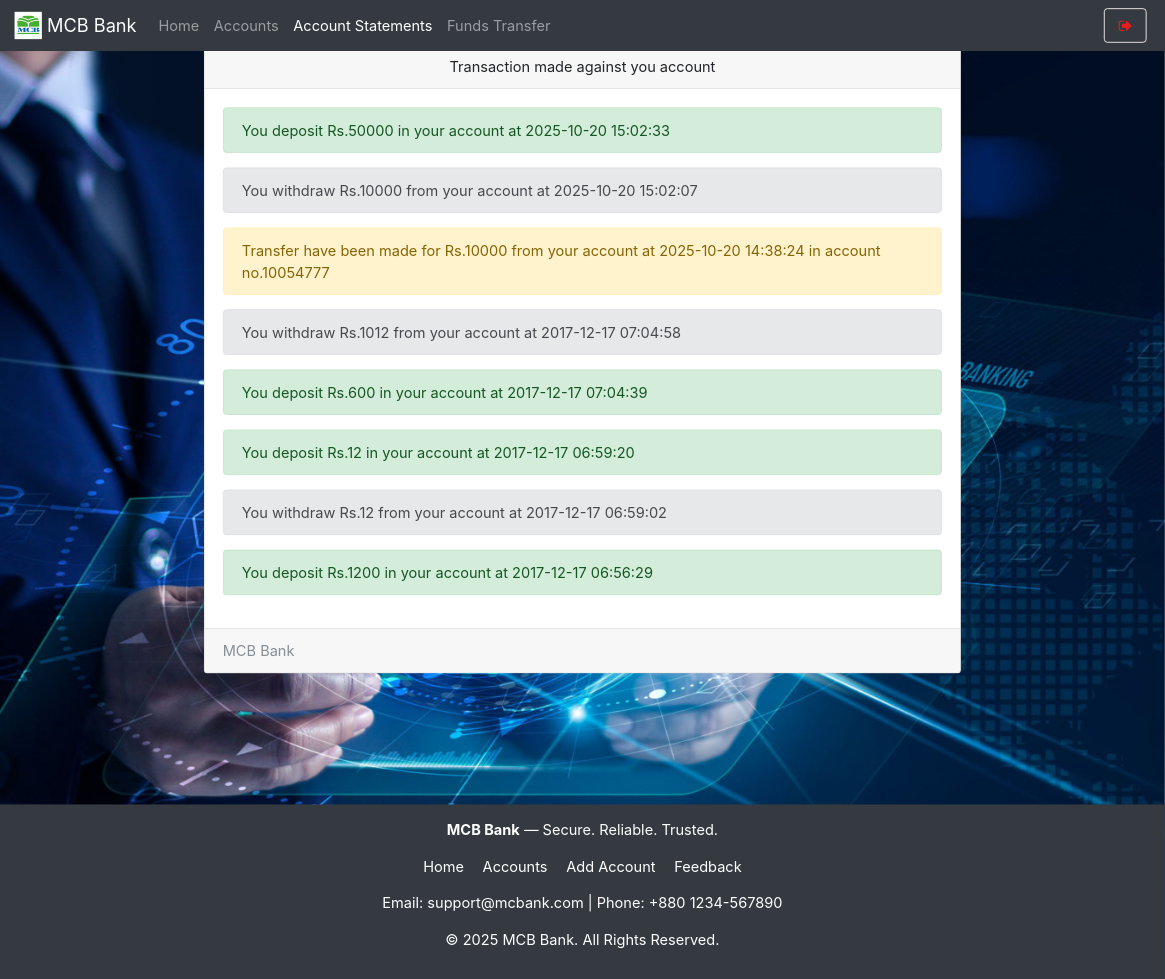
Repository: mhbshimla/my-bank
Page: http://localhost/statements.php
An editor plug-in stored every save of this project. The page is shown before and after the next save, followed by the edit.
The browser window is 1280 px wide. The pictures show the whole page, at 91% of full size.
The page is run by PHP 8.4 with error messages shown; the project is at /var/www/html/. The session is filled in as if someone had signed in: {"userId": 2, "user": {"id": 2, "email": "some2@gmail.com", "name": "Ali khan", "balance": 56000, "nid": "3210375555343", "number": "03356910260", "city": "Islamabad", "address": "Some where in isb", "source": "Programmer", "accountNo": 10054777, "branch": 1, "accountType": "Saving", "date": "2017-12-14 04:50:06"}, "cashId": 2, "managerId": 2}. Other server files are loaded and not shown. The database holds what the project's SQL file puts in it.

Above is the page before, as saved 2025-10-20 21:15:18.

### statements.php

<?php
session_start();
if(!isset($_SESSION['userId'])){ header('location:login.php');}
?>
<!DOCTYPE html>
<html>
<head>
  <title>Banking</title>
  <?php require 'assets/autoloader.php'; ?>
  <?php require 'assets/db.php'; ?>
  <?php require 'assets/function.php'; ?>
  <?php
    $error = "";
    if (isset($_POST['userLogin']))
    {
      $error = "";
        $user = $_POST['email'];
        $pass = $_POST['password'];

        $result = $con->query("select * from userAccounts where email='$user' AND password='$pass'");
        if($result->num_rows>0)
        {
          session_start();
          $data = $result->fetch_assoc();
          $_SESSION['userId']=$data['id'];
          $_SESSION['user'] = $data;
          header('location:index.php');
         }
        else
        {
          $error = "<div class='alert alert-warning text-center rounded-0'>Username or password wrong try again!</div>";
        }
    }

   ?>
</head>
<!-- <body style="background:#96D678;background-size: 100%"> -->
<body style="background: url('images/bg-login5.jpg') no-repeat center center; background-size: cover;">
<nav class="navbar navbar-expand-lg navbar-dark bg-dark fixed-top">
 <a class="navbar-brand" href="#">
    <img src="images/logo.png" width="30" height="30" class="d-inline-block align-top" alt="">
   <!--  <i class="d-inline-block  fa fa-building fa-fw"></i> --><?php echo bankName; ?>
  </a>
  <button class="navbar-toggler" type="button" data-toggle="collapse" data-target="#navbarSupportedContent" aria-controls="navbarSupportedContent" aria-expanded="false" aria-label="Toggle navigation">
    <span class="navbar-toggler-icon"></span>
  </button>

  <div class="collapse navbar-collapse" id="navbarSupportedContent">
    <ul class="navbar-nav mr-auto">
      <li class="nav-item ">
        <a class="nav-link " href="index.php">Home <span class="sr-only">(current)</span></a>
      </li>
      <li class="nav-item ">  <a class="nav-link" href="accounts.php">Accounts</a></li>
      <li class="nav-item active">  <a class="nav-link" href="statements.php">Account Statements</a></li>
      <li class="nav-item ">  <a class="nav-link" href="transfer.php">Funds Transfer</a></li>
      <!-- <li class="nav-item ">  <a class="nav-link" href="profile.php">Profile</a></li> -->


    </ul>
    <?php include 'sideButton.php'; ?>
  </div>
</nav><br><br>
<div class="container">
  <div class="card  w-75 mx-auto">
  <div class="card-header text-center">
    Transaction made against you account
  </div>
  <div class="card-body">
    <?php
      $array = $con->query("select * from transaction where userId = '$userData[id]' order by date desc");
      if ($array ->num_rows > 0)
      {
         while ($row = $array->fetch_assoc())
         {
            if ($row['action'] == 'withdraw')
            {
              echo "<div class='alert alert-secondary'>You withdraw Rs.$row[debit] from your account at $row[date]</div>";
            }
            if ($row['action'] == 'deposit')
            {
              echo "<div class='alert alert-success'>You deposit Rs.$row[credit] in your account at $row[date]</div>";
            }
            if ($row['action'] == 'deduction')
            {
              echo "<div class='alert alert-danger'>Deduction have been made for  Rs.$row[debit] from your account at $row[date] in case of $row[other]</div>";
            }
            if ($row['action'] == 'transfer')
            {
              echo "<div class='alert alert-warning'>Transfer have been made for  Rs.$row[debit] from your account at $row[date] in  account no.$row[other]</div>";
            }

         }
      }
    ?>
  </div>
  <div class="card-footer text-muted">
   <?php echo bankName ?>
  </div>
</div>
</div> <br> <br> <br> <br> <br> <br>
<footer class="bg-dark text-white text-center py-3">
  <div class="container">
    <p><strong>MCB Bank</strong> — Secure. Reliable. Trusted.</p>
    <p>
      <a href="mindex.php" class="text-white mx-2">Home</a>
      <a href="maccounts.php" class="text-white mx-2">Accounts</a>
      <a href="maddnew.php" class="text-white mx-2">Add Account</a>
      <a href="mfeedback.php" class="text-white mx-2">Feedback</a>
    </p>
    <p>Email: support@mcbank.com | Phone: +880 1234-567890</p>
    <p>&copy; <?php echo date("Y"); ?> MCB Bank. All Rights Reserved.</p>
  </div>
</footer>
</body>
</html>

### assets/autoloader.php

<link rel="stylesheet" type="text/css" href="css/bootstrap.min.css">
<link rel="stylesheet" type="text/css" href="css/custom.css">
<link rel="stylesheet" type="text/css" href="font-awesome/css/font-awesome.min.css">
<script src='js/jquery-3.2.1.min.js'></script>
<script src='js/popper.min.js'></script>
<script src='js/bootstrap.min.js'></script>

### assets/db.php
<?php
if (session_status() === PHP_SESSION_NONE) {
    session_start();
}

// ✅ Auto-switch between localhost and InfinityFree
if (in_array($_SERVER['SERVER_NAME'], ['localhost', '127.0.0.1'])) {
    // Localhost (XAMPP/WAMP)
    $con = new mysqli('localhost', 'root', '', 'mybank');
} else {
    // InfinityFree (Live Hosting)
    $con = new mysqli('sql100.infinityfree.com', 'if0_40476525', 'banK12345', 'if0_40476525_mybank');
}

// ✅ Connection check
if ($con->connect_error) {
    die("Database connection failed: " . $con->connect_error);
}

// ✅ Bank name constant
define('bankName', 'MCB Bank');

// ✅ Fetch user data safely if logged in
$userData = null;
if (isset($_SESSION['userId'])) {
    $stmt = $con->prepare("
        SELECT *
        FROM userAccounts
        JOIN branch ON userAccounts.branch = branch.branchId
        WHERE userAccounts.id = ?
    ");
    if ($stmt) {
        $stmt->bind_param("i", $_SESSION['userId']);
        $stmt->execute();
        $result   = $stmt->get_result();
        $userData = $result->fetch_assoc();
        $stmt->close();
    }
}
?>
<!-- Tooltip initialization -->
<script type="text/javascript">
$(function () {
  $('[data-toggle="tooltip"]').tooltip();
});
</script>

### assets/function.php
<?php
function setBalance($amount,$process,$accountNo)
{
	$con = new mysqli('localhost','root','','mybank');
	$array = $con->query("select * from userAccounts where accountNo='$accountNo'");
	$row = $array->fetch_assoc();
	if ($process == 'credit')
	{
		$balance = $row['balance'] + $amount;
		return $con->query("update userAccounts set balance = '$balance' where accountNo = '$accountNo'");
	}else
	{
		$balance = $row['balance'] - $amount;
		return $con->query("update userAccounts set balance = '$balance' where accountNo = '$accountNo'");
	}
}
function setOtherBalance($amount,$process,$accountNo)
{
	$con = new mysqli('localhost','root','','mybank');
	$array = $con->query("select * from otheraccounts where accountNo='$accountNo'");
	$row = $array->fetch_assoc();
	if ($process == 'credit')
	{
		$balance = $row['balance'] + $amount;
		return $con->query("update otheraccounts set balance = '$balance' where accountNo = '$accountNo'");
	}else
	{
		$balance = $row['balance'] - $amount;
		return $con->query("update otheraccounts set balance = '$balance' where accountNo = '$accountNo'");
	}
}
function makeTransaction($action,$amount,$other)
{
	$con = new mysqli('localhost','root','','mybank');
	if ($action == 'transfer')
	{
		return $con->query("insert into transaction (action,debit,other,userId) values ('transfer','$amount','$other','$_SESSION[userId]')");
	}
	if ($action == 'withdraw')
	{
		return $con->query("insert into transaction (action,debit,other,userId) values ('withdraw','$amount','$other','$_SESSION[userId]')");

	}
	if ($action == 'deposit')
	{
		return $con->query("insert into transaction (action,credit,other,userId) values ('deposit','$amount','$other','$_SESSION[userId]')");

	}
}
function makeTransactionCashier($action,$amount,$other,$userId)
{
	$con = new mysqli('localhost','root','','mybank');
	if ($action == 'transfer')
	{
		return $con->query("insert into transaction (action,debit,other,userId) values ('transfer','$amount','$other','$userId')");
	}
	if ($action == 'withdraw')
	{
		return $con->query("insert into transaction (action,debit,other,userId) values ('withdraw','$amount','$other','$userId')");

	}
	if ($action == 'deposit')
	{
		return $con->query("insert into transaction (action,credit,other,userId) values ('deposit','$amount','$other','$userId')");

	}
}
 ?>

### sideButton.php
<form class="form-inline my-2 my-lg-0">
        <!-- <a href="" class="btn btn-outline-success" data-toggle="tooltip" title="Your current Account Balance">Acount Balance : Rs.<?php echo $userData['balance']; ?></a>
        <a href="accounts.php" data-toggle="tooltip" title="Account Summary" class="btn btn-outline-primary mx-1" ><i class="fa fa-book fa-fw"></i></a>
        <a href="notice.php" data-toggle="tooltip" title="View Notice" class="btn btn-outline-primary mx-1" ><i class="fa fa-envelope fa-fw"></i></a>
        <a href="feedback.php" data-toggle="tooltip" title="Help?" class="btn btn-outline-info mx-1" ><i class="fa fa-question fa-fw"></i></a>-->
        <a href="logout.php" data-toggle="tooltip" title="Logout" class="btn btn-outline-danger mx-1" ><i class="fa fa-sign-out fa-fw"></i></a>
        <style>
.btn-outline-danger {
  color: #e91d1dff;
  border-color: #f6efefff;
  transition: all 0.3s ease;
}

.btn-outline-danger:hover {
  background-color: #e91d1dff;
  color: white;
  box-shadow: 0 0 10px rgba(96, 105, 26, 0.6);
}
</style>

</form>

### css/custom.css
.omit1{background: rgba(0,0,0,0.1);}
.omit2{background: rgba(0,0,0,0.2);}
.omit3{background: rgba(0,0,0,0.3);}
.omit4{background: rgba(0,0,0,0.4);}
.omit5{background: rgba(0,0,0,0.5);}
.omit6{background: rgba(0,0,0,0.6);}
.omit7{background: rgba(0,0,0,0.7);}
.omit8{background: rgba(0,0,0,0.8);}
.omit9{background: rgba(0,0,0,0.9);}

.shadowBlack{box-shadow: 2px 2px 11px black}
.shadowGreen{box-shadow: 2px 2px 11px green}
.shadowBlue{box-shadow: 2px 2px 11px blue}
.shadowWhite{box-shadow: 2px 2px 11px white}

### Database/mybank (1).sql (the tables this page reads)
CREATE TABLE `branch` (
  `branchId` int(11) NOT NULL,
  `branchNo` varchar(111) NOT NULL,
  `branchName` varchar(111) NOT NULL
) ENGINE=InnoDB DEFAULT CHARSET=latin1 COLLATE=latin1_swedish_ci;

INSERT INTO `branch` (`branchId`, `branchNo`, `branchName`) VALUES
(1, '100101', 'Dhaka'),
(2, '100102', 'Sylhet');

ALTER TABLE `branch`
  ADD PRIMARY KEY (`branchId`);

ALTER TABLE `branch`
  MODIFY `branchId` int(11) NOT NULL AUTO_INCREMENT, AUTO_INCREMENT=3;

CREATE TABLE `transaction` (
  `transactionId` int(11) NOT NULL,
  `action` varchar(111) NOT NULL,
  `credit` varchar(111) NOT NULL,
  `debit` varchar(111) NOT NULL,
  `balance` varchar(111) NOT NULL,
  `beneId` varchar(111) NOT NULL,
  `other` varchar(111) NOT NULL,
  `userId` int(11) NOT NULL,
  `date` timestamp NOT NULL DEFAULT current_timestamp()
) ENGINE=InnoDB DEFAULT CHARSET=latin1 COLLATE=latin1_swedish_ci;

INSERT INTO `transaction` (`transactionId`, `action`, `credit`, `debit`, `balance`, `beneId`, `other`, `userId`, `date`) VALUES
(4, 'transfer', '', '200', '', '', '12001122', 1, '2017-12-14 12:33:40'),
(5, 'transfer', '', '200', '', '', '10054777', 1, '2017-12-14 12:56:48'),
(6, 'transfer', '', '333', '', '', '10054777', 1, '2017-12-14 12:57:20'),
(7, 'transfer', '', '222', '', '', '10054777', 1, '2017-12-14 12:58:19'),
(8, 'transfer', '', '333', '', '', '10054777', 1, '2017-12-14 13:00:23'),
(16, 'withdraw', '', '100', '', '', '23423', 1, '2017-12-15 08:31:59'),
(17, 'deposit', '1200', '', '', '', '234232', 1, '2017-12-15 08:32:17'),
(18, 'transfer', '', '467', '', '', '12001122', 1, '2017-12-17 06:44:48'),
(22, 'deposit', '1200', '', '', '', '32424', 2, '2017-12-17 06:56:29'),
(23, 'withdraw', '', '12', '', '', '23423', 2, '2017-12-17 06:59:02'),
(24, 'deposit', '12', '', '', '', '21321', 2, '2017-12-17 06:59:20'),
(25, 'transfer', '', '1200', '', '', '10054777', 1, '2017-12-17 07:01:37'),
(26, 'deposit', '600', '', '', '', '342342', 2, '2017-12-17 07:04:39'),
(27, 'withdraw', '', '1012', '', '', '23423', 2, '2017-12-17 07:04:58'),
(28, 'transfer', '', '10000', '', '', '10054777', 2, '2025-10-20 14:38:24'),
(29, 'withdraw', '', '10000', '', '', '2345363856', 2, '2025-10-20 15:02:07'),
(30, 'deposit', '50000', '', '', '', '453623145', 2, '2025-10-20 15:02:33'),
(31, 'transfer', '', '10000', '', '', '1760416459', 11, '2025-10-20 15:08:32'),
(32, 'withdraw', '', '10000', '', '', '24356371', 10, '2025-10-20 15:10:56'),
(33, 'deposit', '12000000', '', '', '', '53642516', 11, '2025-10-20 15:11:46'),
(34, 'withdraw', '', '100000', '', '', '17358526', 11, '2025-10-20 15:12:34'),
(35, 'deposit', '14400000', '', '', '', '427635415', 12, '2025-10-20 15:13:54'),
(36, 'transfer', '', '100000', '', '', '1760365343', 12, '2025-10-20 15:16:46'),
(37, 'transfer', '', '1000000', '', '', '1760365343', 13, '2025-11-08 14:28:20'),
(38, 'withdraw', '', '1000000', '', '', '425423172', 13, '2025-11-08 14:33:03'),
(39, 'deposit', '500000', '', '', '', '24534325', 13, '2025-11-08 14:33:35'),
(40, 'transfer', '', '23456', '', '', '1760416459', 13, '2025-11-11 04:36:32');

ALTER TABLE `transaction`
  ADD PRIMARY KEY (`transactionId`);

ALTER TABLE `transaction`
  MODIFY `transactionId` int(11) NOT NULL AUTO_INCREMENT, AUTO_INCREMENT=41;

CREATE TABLE `useraccounts` (
  `id` int(11) NOT NULL,
  `email` text NOT NULL,
  `password` text NOT NULL,
  `name` varchar(111) NOT NULL,
  `balance` varchar(111) NOT NULL,
  `nid` varchar(111) NOT NULL,
  `number` varchar(111) NOT NULL,
  `city` varchar(111) NOT NULL,
  `address` varchar(111) NOT NULL,
  `source` varchar(111) NOT NULL,
  `accountNo` varchar(111) NOT NULL,
  `branch` varchar(111) NOT NULL,
  `accountType` varchar(111) NOT NULL,
  `date` timestamp NOT NULL DEFAULT current_timestamp()
) ENGINE=InnoDB DEFAULT CHARSET=latin1 COLLATE=latin1_swedish_ci;

INSERT INTO `useraccounts` (`id`, `email`, `password`, `name`, `balance`, `nid`, `number`, `city`, `address`, `source`, `accountNo`, `branch`, `accountType`, `date`) VALUES
(2, 'some2@gmail.com', 'some2', 'Ali khan', '56000', '3210375555343', '03356910260', 'Islamabad', 'Some where in isb', 'Programmer', '10054777', '1', 'Saving', '2017-12-14 04:50:06'),
(6, 'realx4rd@gmail.com', 'afsdfasd', 'Fayyaz Khan', '234234', '3240338834902', '03356910260', 'Taunsa', 'Dera Ghazi Khan', 'Govt. job', '1513410739', '1', 'saving', '2017-12-16 07:52:40'),
(7, 'realx4rd@gmail.com', 'safsadf', 'Fayyaz Khan', '12121', '3240338834902', '03356910260', 'Taunsa', 'Dera Ghazi Khan', 'Govt. job', '1513410837', '1', 'current', '2017-12-16 07:54:18'),
(8, 'uracc@gmail.com', 'uracc', 'uracc', '500', '1', '01890040951', 'sylhet', 'south surma,sylhet', 'business', '1755446085', '1', 'current', '2025-08-17 15:56:42'),
(10, 'sjahan@gmail.com', 'sjahan', 'shuborna', '9993565', '1', '01562536474', 'dhaka', 'north south surma', 'business', '1757345500', '2', 'saving', '2025-09-08 15:35:00'),
(11, 'ayana10@gmail.com', 'ayana10', 'Ayana Hussain', '13000000', '205364253', '01853462422', 'sylhet', 'south surma,sylhet', 'business', '1760365343', '2', 'saving', '2025-10-13 14:24:20'),
(12, 'shimla09@gmail.com', 'shimla09', 'shimla', '14390244', '4235345666', '01853524345', 'sylhet', 'south surma,sylhet', 'job', '1760416459', '1', 'current', '2025-10-14 04:36:47'),
(13, 'arib05@gmail.com', 'arib05', 'arib', '2476544', '1234414302', '01804414302', 'Sylhet', 'South Surma, Sylhet-3100', 'business', '1762611572', '2', 'saving', '2025-11-08 14:22:38');

ALTER TABLE `useraccounts`
  ADD PRIMARY KEY (`id`);

ALTER TABLE `useraccounts`
  MODIFY `id` int(11) NOT NULL AUTO_INCREMENT, AUTO_INCREMENT=14;

Loaded but not shown: css/bootstrap.min.css (library); font-awesome/css/font-awesome.min.css (library); js/jquery-3.2.1.min.js (library); js/popper.min.js (library); js/bootstrap.min.js (library)

After the next save:
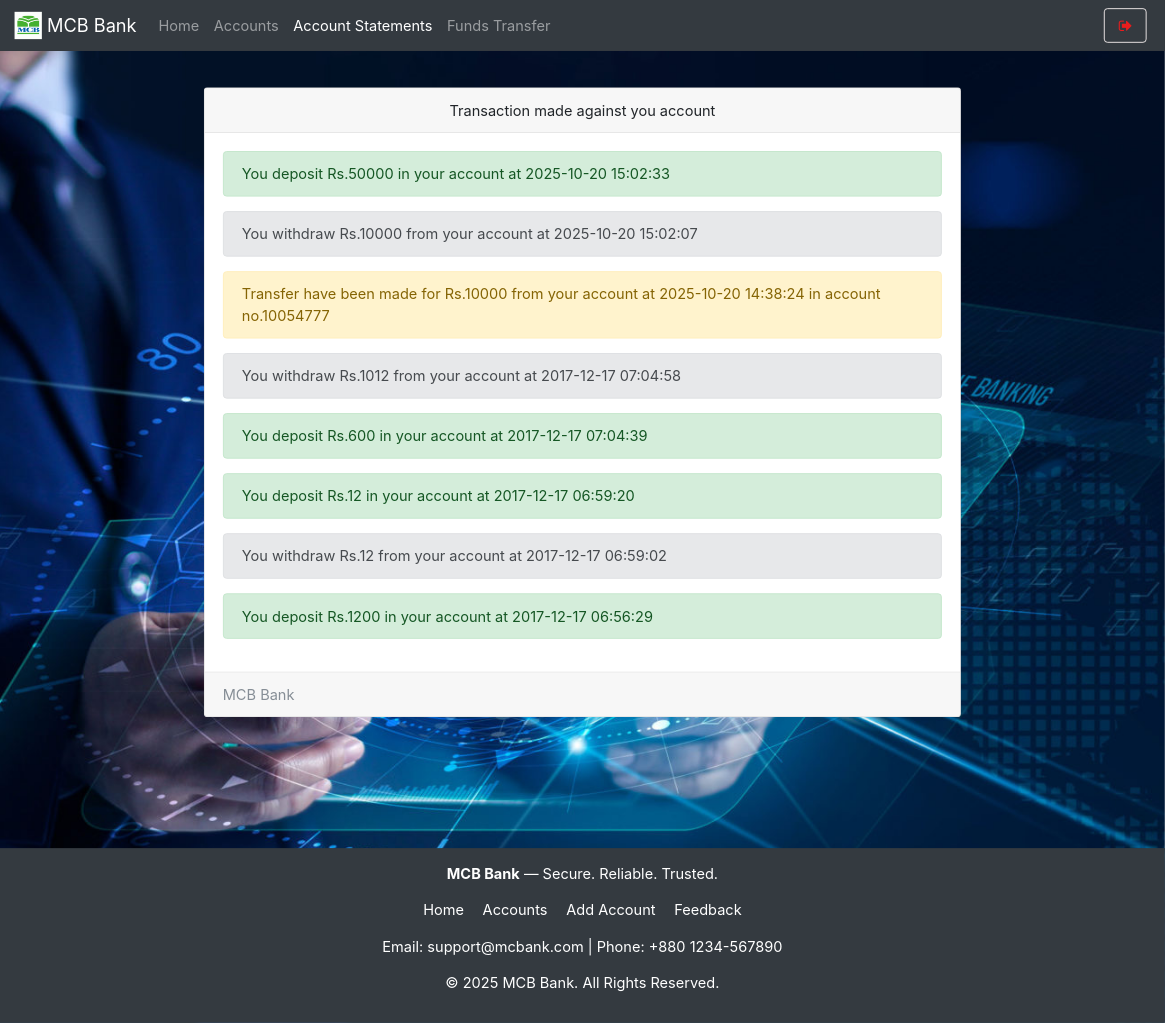
Saved 18 s later.
--- a/statements.php
+++ b/statements.php
@@ -60,7 +60,7 @@ if(!isset($_SESSION['userId'])){ header('location:login.php');}
     </ul>
     <?php include 'sideButton.php'; ?>
   </div>
-</nav><br><br>
+</nav><br><br> <br> <br>
 <div class="container">
   <div class="card  w-75 mx-auto">
   <div class="card-header text-center">
